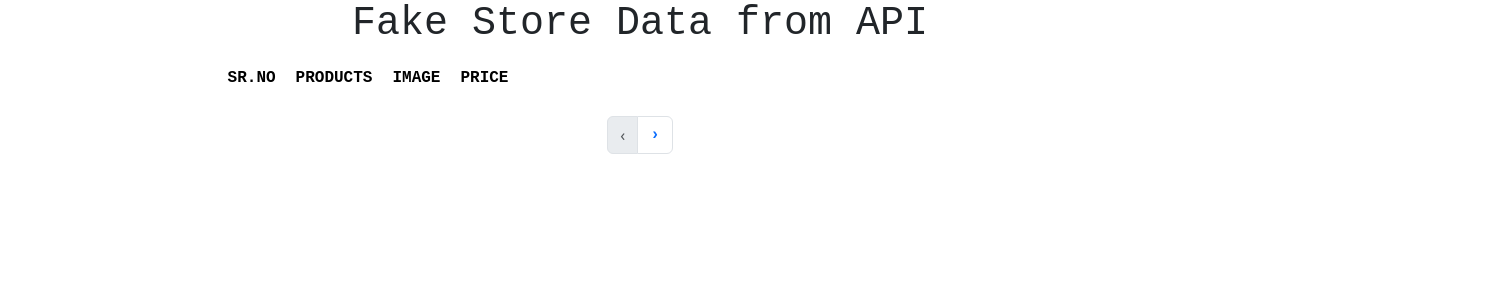
Repository: nisarg-patel612/Node_Integration_With_Frontend
Page: / (app in Frontend/FakeStore-API/)
The author's editor kept a copy of each file at every save. The page is drawn from the files as they stood at one save, then again after the next save.
The browser window is 1280 px wide. The page is 1280 px wide, then 1498 px, so the pictures cover 1498 px, including what lies to the right of the window. The pictures show the whole page.
The page's requests for data from a server got no answer. The project was rebuilt for these pictures with package versions that can differ from the ones it lists, and the page was loaded fresh each time. No one was signed in, and anything a server would have sent is missing. Also part of the build but not shown: Frontend/FakeStore-API/vite.config.js, Frontend/FakeStore-API/src/index.css.

Above is the page before, as saved 2025-04-30 11:20:48.

After the next save:
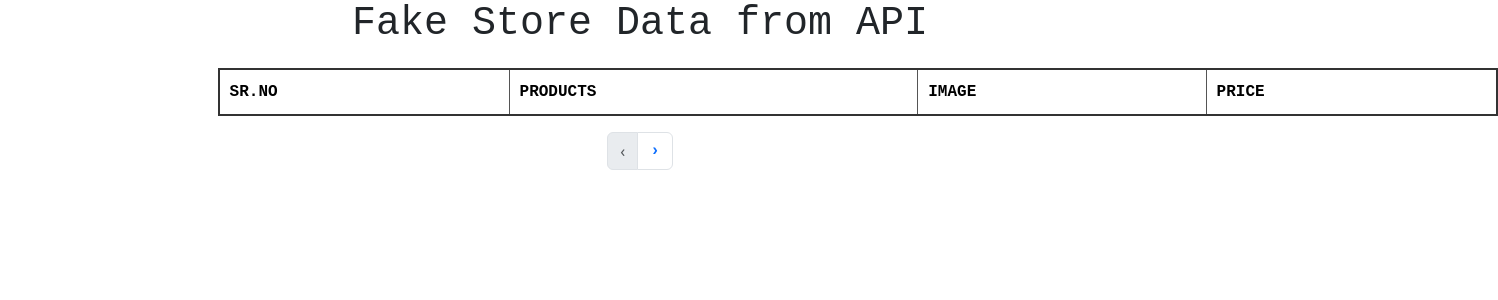
Saved 23 s later.
--- a/Frontend/FakeStore-API/src/App.css
+++ b/Frontend/FakeStore-API/src/App.css
@@ -83,3 +83,15 @@ button.btn.btn-click {
   font-size: x-large;
   color: azure;
 }
+.table-bordered-custom {
+  width: 100%;
+  border-collapse: collapse;
+  margin-top: 20px;
+  border: 2px solid #333;
+}
+
+.table-bordered-custom th,
+.table-bordered-custom td {
+  border: 1px solid #555;
+  text-align: left;
+}
